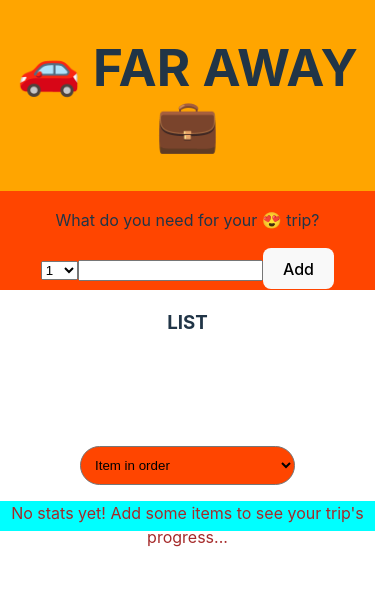
Repository: Celebration-cloud/Trip-Add-To-List
Page: /
An editor plug-in stored every save of this project. The page is shown before and after the next save, followed by the edit.
The browser window is 375 px wide. The pictures show the whole page.
The project was rebuilt for these pictures with package versions that can differ from the ones it lists, and the page was loaded fresh each time. Also part of the build but not shown: vite.config.js.

Above is the page before, as saved 2023-10-29 16:25:21.

### src/App.jsx
import './App.css'
import TripList from './Trip-List/TripList'

function App() {

  return (
    <>
    <TripList/>
    </>
  )
}

export default App

### src/App.css
#root {
  margin: 0;
  padding: 0;
  text-align: center;
}

.logo {
  height: 6em;
  padding: 1.5em;
  will-change: filter;
  transition: filter 300ms;
}
.logo:hover {
  filter: drop-shadow(0 0 2em #646cffaa);
}
.logo.react:hover {
  filter: drop-shadow(0 0 2em #61dafbaa);
}

@keyframes logo-spin {
  from {
    transform: rotate(0deg);
  }
  to {
    transform: rotate(360deg);
  }
}

@media (prefers-reduced-motion: no-preference) {
  a:nth-of-type(2) .logo {
    animation: logo-spin infinite 20s linear;
  }
}

.card {
  padding: 2em;
}

.read-the-docs {
  color: #888;
}

### src/Trip-List/TripList.jsx
/* eslint-disable react/no-unescaped-entities */
/* eslint-disable react/prop-types */
import { useState } from "react";
import './TripList.css'
function TripList() {
  const [addItem, setAddItem] = useState([]);

  const handleAddItem = (item) => {
    setAddItem((items) => [...items, item]);
  };
  const handleRemoveItem = (id) =>{
    setAddItem(items => items.filter(p => p.id !== id))
  }
  const handleChecked = (id) => {
    setAddItem(items => items.map(item => item.id === id ? {...item, packed: !item.packed} : item));
  };
  return (
    <div>
      <TripHead/>
      <TripForm handleAddItem={handleAddItem}/>
      <TripListForm addItem={addItem} remove={handleRemoveItem} check={handleChecked}/>
      <TripStats stats={addItem}/>
    </div>
  )
}

export default TripList

function TripHead() {
  return (
    <div style={{backgroundColor: "orange", padding: "5px"}}>
      <h1 style={{fontFamily: "inherit"}}>🚗 FAR AWAY 💼</h1>
    </div>
  )
}

function TripForm({handleAddItem}) {
  const [item, setItem] = useState({description: "", quantity: 1})

  const handleSubmit = (e) =>{
    e.preventDefault();
    if (!item.description) return;

    const newItem = {
      des: item.description,
      amount: item.quantity,
      packed: false,
      id: Date.now(),
    };

    handleAddItem(newItem);
    setItem({ description: "", quantity: 1 });
  }
  const handleInput = (e) =>{
    setItem(prev => ({...prev, description: e.target.value}))
  }
  const handleOption = (e) =>{
    setItem(prevState => ({...prevState,quantity: Number(e.target.value)}))
  }
  return (
    <div style={{ backgroundColor: "orangered", padding: "1px" }}>
      <form onSubmit={handleSubmit}>
        <span>
          <p>What do you need for your 😍 trip?</p>
          <select onChange={handleOption} value={item.quantity}>
            {Array.from({ length: 10 }, (_, i) => i + 1).map((num) => (
              <option value={num} key={num}>
                {num}
              </option>
            ))}
          </select>
          <input onChange={handleInput} value={item.description}></input>
          <button type="submit">Add</button>
        </span>
      </form>
    </div>
  );
}

function TripListForm({addItem, remove, check}) {
  const [sort, setSort] = useState("input")
  const sortingBy = (e) => {
    setSort(e.target.value);
  };
  let sorting;
  if (sort === "input") sorting = addItem;
  if (sort === "checked")
    sorting = addItem.slice().sort((a, b) => a.des.localeCompare(b.des));
  if (sort === "order")
    sorting = addItem
      .slice()
      .sort((a, b) => Number(a.packed) - Number(b.packed));

  return (
    <>
      <h3>LIST</h3>
      <ul style={{ listStyleType: "none" }}>
        <li>
          {sorting?.map((item) => (
            <>
              <input
                type="checkbox"
                value={item.packed}
                onChange={() => check(item.id)}
              />
              <span
                key={item.id}
                style={item.packed ? { textDecoration: "line-through" } : {}}
              >
                {item.amount}-{item.des}
              </span>
              <button onClick={() => remove(item.id)}>
                🚩
              </button>
            </>
          ))}
        </li>
      </ul>
      <div>
        <select onChange={sortingBy} value={sort} style={{padding: "10px 100px 10px 10px", marginTop: "90px", backgroundColor: "orangered", borderRadius: "20px"}}>
          <option value="input" style={{marginRight: "5px", backgroundColor: "brown" }}>Item in order</option>
          <option value="checked" style={{marginRight: "5px"}}>Checked Item</option>
          <option value="order" style={{marginRight: "5px"}}>Split Item</option>
        </select>
      </div>
    </>
  );
}

function TripStats({stats}) {
  if(!stats.length)
  return (
    <footer className="static">
      <p>No stats yet! Add some items to see your trip's progress...</p>
    </footer>
  );
  const total = stats.length
  const packed= stats.filter(items => items.packed).length
  const percent = Math.round((packed / total) * 100)
  return (
    <>
      {percent === 100 ? (
        <footer className="static">
          <p>You have Completed the List✈</p>
        </footer>
      ) : (
        <footer className="static">
          <p>
            You have {total} items on your list, and already packed {packed} (
            {percent}%)
          </p>
        </footer>
      )}
    </>
  );
}

### src/Trip-List/TripList.css
/* backgroundColor: "aqua",
            color: "brown",
            bottom: "0%",
            height: "30px",
            width: "100%", */
.static{
    position: absolute;
    background-color: aqua;
    color: brown;
    bottom: -0%;
    width: 100%;
}
@media (max-width: 480px) {
    .static{
    position: relative;
    background-color: aqua;
    color: brown;
    bottom: 0%;
    height: 30px;
    width: 100%;
}
}

Loaded but not shown: index.html (common file); src/main.jsx (common file); src/index.css (common file)

After the next save:
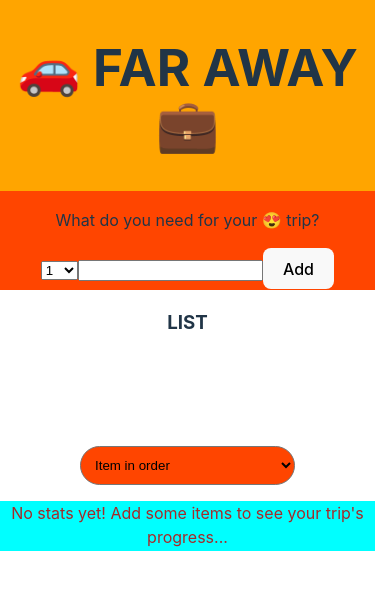
Saved 12 s later.
--- a/src/Trip-List/TripList.css
+++ b/src/Trip-List/TripList.css
@@ -16,7 +16,7 @@
     background-color: aqua;
     color: brown;
     bottom: 0%;
-    height: 30px;
+    height: 50px;
     width: 100%;
 }
 }
